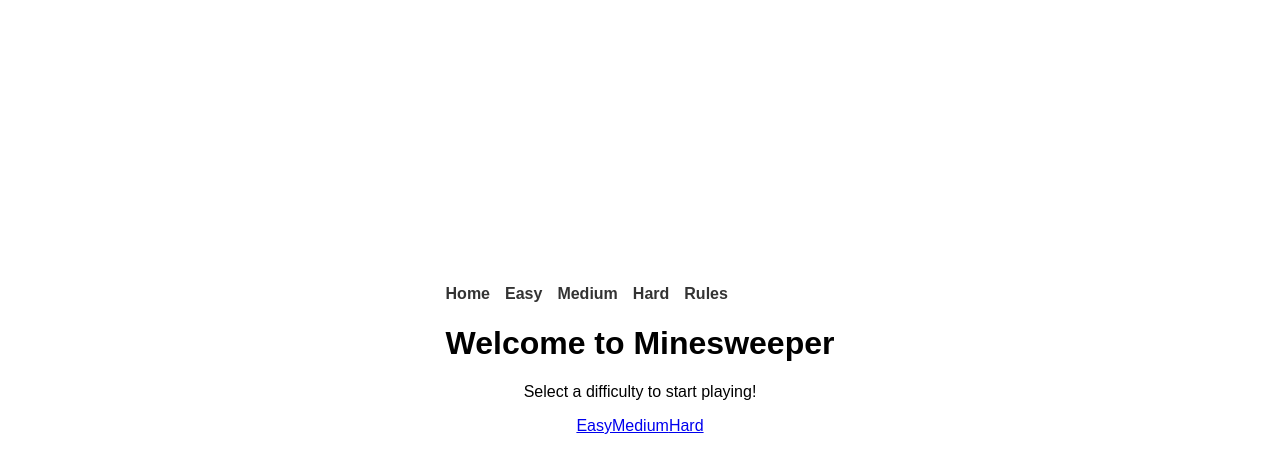
Repository: liwingy/-WingYee-_-Li-project2
Page: / (app in minesweeper/)
The author's editor kept a copy of each file at every save. The page is drawn from the files as they stood at one save, then again after the next save.
The browser window is 1280 px wide. The pictures show the whole page.
The project was rebuilt for these pictures with package versions that can differ from the ones it lists, and the page was loaded fresh each time. Also part of the build but not shown: minesweeper/src/views/Game.js, minesweeper/src/views/Rules.js, minesweeper/src/components/Cell.js. Imported but missing from the stored project, and not drawn on this page: minesweeper/src/views/components/Cell.

Above is the page before, as saved 2024-11-11 13:43:58.

After the next save:
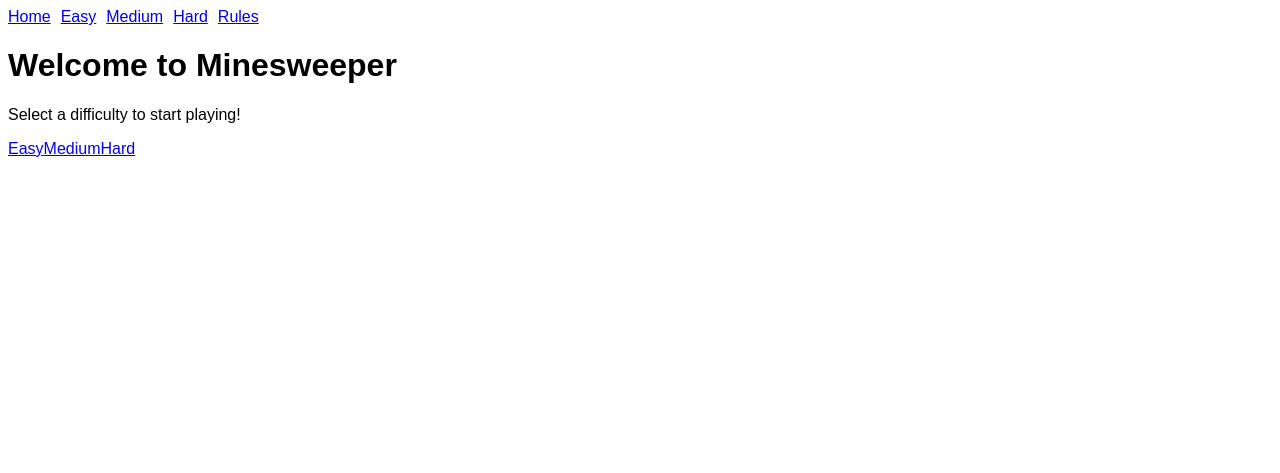
Saved 3 s later.
--- a/minesweeper/src/App.js
+++ b/minesweeper/src/App.js
@@ -14,10 +14,10 @@ function App() {
         <Link to="/game/hard">Hard</Link>
         <Link to="/rules">Rules</Link>
       </nav>
-      <Routes>
-        <Route path="/" element={<Homepage />} />
-        <Route path="/game/:difficulty" element={<Game />} />
-        <Route path="/rules" element={<Rules />} />
+      <Routes key={window.location.pathname}>
+      <Route path="/" element={<Homepage />} />
+      <Route path="/game/:difficulty" element={<Game />} />
+      <Route path="/rules" element={<Rules />} />
       </Routes>
     </Router>
   );
--- a/minesweeper/src/styles.css
+++ b/minesweeper/src/styles.css
@@ -1,36 +1,41 @@
-/* Center the entire app content */
-body, html {
-  display: flex;
-  justify-content: center;
-  align-items: center;
-  height: 100vh;
-  margin: 0;
+body {
   font-family: Arial, sans-serif;
-  text-align: center;
 }
 
-/* Center the navbar and content within the main container */
-.main-container {
+nav {
+  display: flex;
+  gap: 10px;
+  margin-bottom: 20px;
+}
+
+.board {
   display: flex;
   flex-direction: column;
   align-items: center;
-  width: 100%;
-  max-width: 600px;
+  margin-top: 20px;
 }
 
-/* Style for the navbar links */
-nav {
+.row {
   display: flex;
-  gap: 15px;
-  margin-bottom: 20px;
 }
 
-nav a {
-  text-decoration: none;
-  color: #333;
-  font-weight: bold;
+.cell {
+  width: 40px;
+  height: 40px;
+  display: flex;
+  align-items: center;
+  justify-content: center;
+  border: 1px solid #ddd;
+  font-size: 20px;
+  cursor: pointer;
 }
 
-nav a:hover {
-  color: #555;
+.cell.revealed {
+  background-color: #f0f0f0;
 }
+
+button {
+  margin: 10px;
+  padding: 5px 10px;
+  cursor: pointer;
+}

After the save that followed:
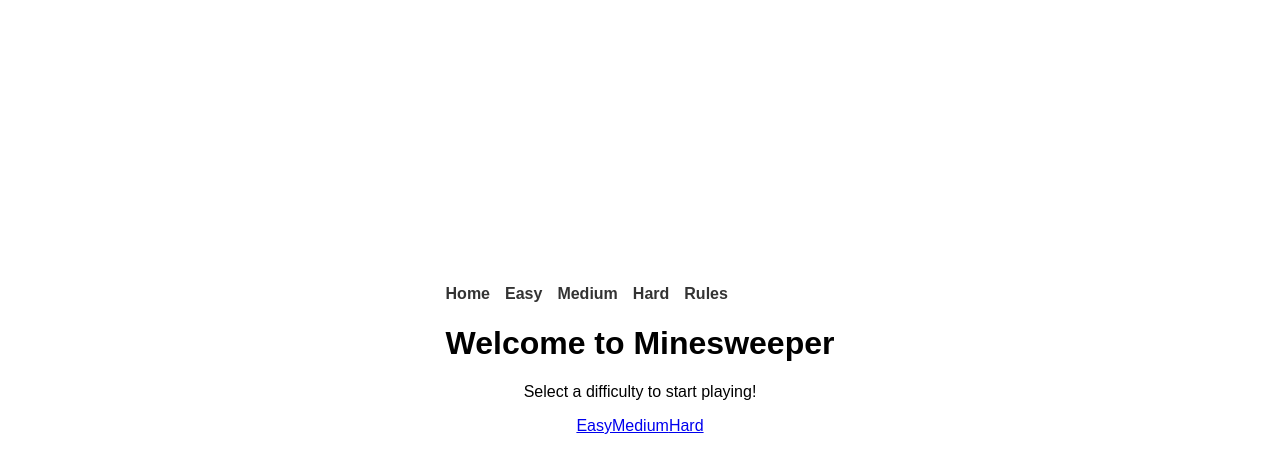
Saved 6 min 12 s later.
--- a/minesweeper/src/styles.css
+++ b/minesweeper/src/styles.css
@@ -1,41 +1,86 @@
-body {
+/* General Styles */
+body, html {
+  display: flex;
+  justify-content: center;
+  align-items: center;
+  height: 100vh;
+  margin: 0;
   font-family: Arial, sans-serif;
+  text-align: center;
 }
 
+/* Main Container */
+.main-container {
+  display: flex;
+  flex-direction: column;
+  align-items: center;
+  width: 100%;
+  max-width: 600px;
+}
+
+/* Navbar Styling */
 nav {
   display: flex;
-  gap: 10px;
+  gap: 15px;
   margin-bottom: 20px;
 }
 
+nav a {
+  text-decoration: none;
+  color: #333;
+  font-weight: bold;
+}
+
+nav a:hover {
+  color: #555;
+}
+
+/* Board Styling */
 .board {
   display: flex;
   flex-direction: column;
   align-items: center;
-  margin-top: 20px;
 }
 
+/* Row Styling */
 .row {
   display: flex;
 }
 
+/* Cell Styling */
 .cell {
   width: 40px;
   height: 40px;
+  border: 1px solid #333;
   display: flex;
   align-items: center;
   justify-content: center;
-  border: 1px solid #ddd;
   font-size: 20px;
   cursor: pointer;
 }
 
+/* Revealed Cell Styling */
 .cell.revealed {
-  background-color: #f0f0f0;
+  background-color: #d0d0d0;
 }
 
+/* Hover Effect for Cell */
+.cell:hover {
+  background-color: #e0e0e0;
+}
+
+/* Button Styling */
 button {
-  margin: 10px;
-  padding: 5px 10px;
+  margin-top: 20px;
+  padding: 10px 20px;
+  font-size: 16px;
   cursor: pointer;
+  background-color: #333;
+  color: #fff;
+  border: none;
+  border-radius: 5px;
 }
+
+button:hover {
+  background-color: #555;
+}
